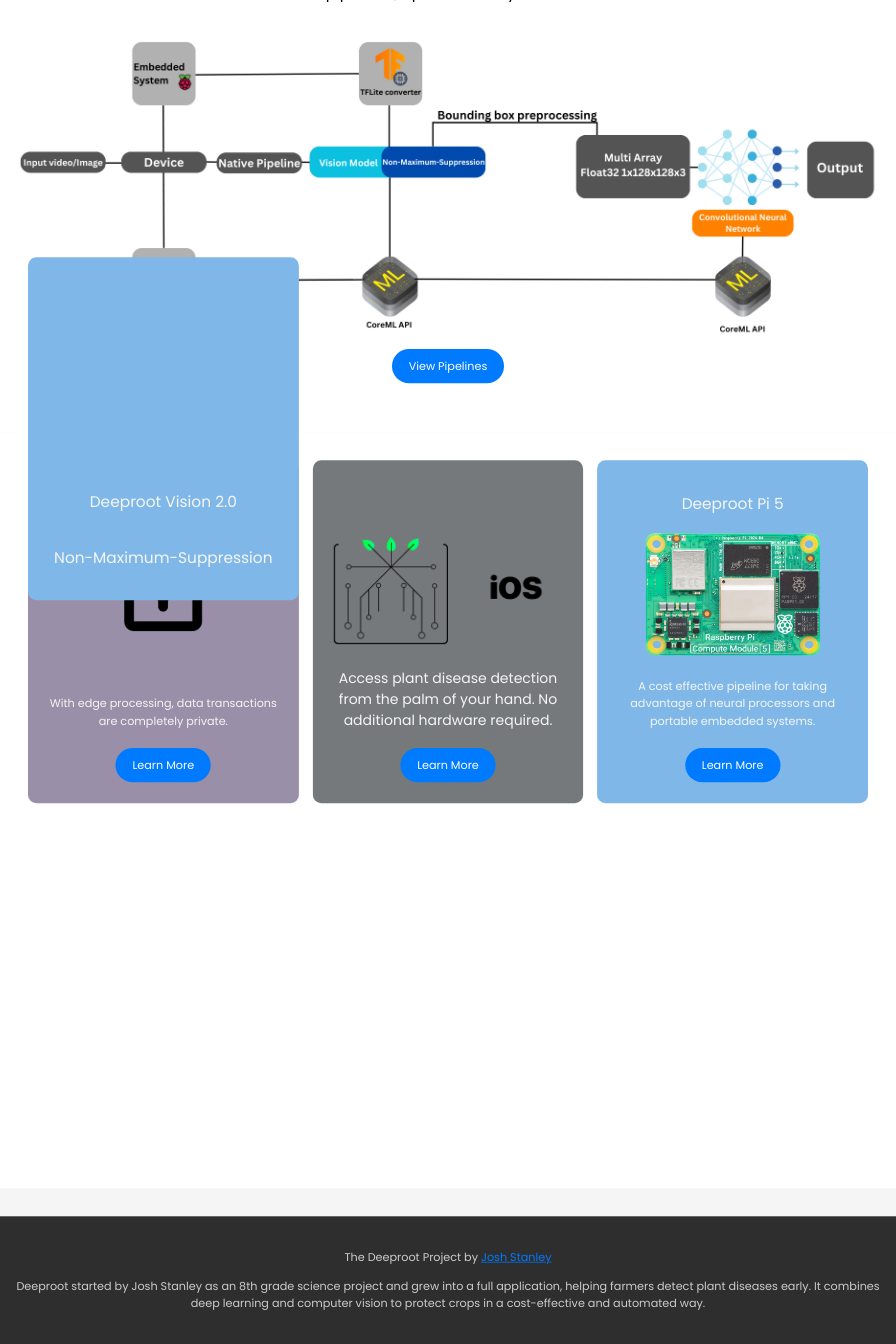
Repository: jss1118/The-Deeproot-Project
Page: Website/index.html
The author's editor kept a copy of each file at every save. The page is drawn from the files as they stood at one save, then again after the next save.
The browser window is 1280 px wide. The pictures show the part of the page from y = 1292 to 3212 px (the page is 3212 px tall), at 70% of full size.

Above is the page before, as saved 2025-03-21 20:18:25.

### Website/index.html
<!DOCTYPE html>
<html lang="en">

<head>
  <meta charset="UTF-8">
  <meta name="viewport" content="width=device-width, initial-scale=1.0">
  <title>Deeproot A.I</title>
  <link href="https://fonts.googleapis.com/css2?family=Poppins:wght@400;600&display=swap" rel="stylesheet">
  <style>
    body {
      margin: 0;
      font-family: 'Poppins', sans-serif;
      overflow-x: hidden;
      background-color: #f5f5f5;
    }

    nav {
      background: rgba(22, 22, 22, 0.9);
      position: sticky;
      top: 0;
      width: 100%;
      z-index: 1000;
      display: flex;
      justify-content: center;
    }

    .navlinks {
      list-style: none;
      display: flex;
      gap: 30px;
      padding: 15px;
      margin: 0;
    }

    .navlink, .navicon svg {
      color: #d3d3d3;
      text-decoration: none;
      transition: color 0.3s;
    }

    .navlink:hover, .mainpagelink a:hover {
      color: white;
    }

    .mainpage2, .mainpage3, .mainpage4 {
      padding: 60px 20px;
      text-align: center;
    }

    .mainpage2 {
      background: linear-gradient(135deg, #2e2e2e, #4f4f4f);
      color: white;
    }

    .mainpage2 img, .mainpage3 img, .promo1 img {
      max-width: 100%;
      height: auto;

    }

    .mp2-title1 {
      font-size: 56px;
      font-weight: 600;
      margin-bottom: 15px;
    }

    .mp2-desc, .mp3desc, .titlefont {
      font-size: 22px;
      margin-bottom: 25px;
    }

    .mainpagelink a {
      display: inline-block;
      margin: 10px;
      padding: 12px 24px;
      background: #007aff;
      color: white;
      border-radius: 25px;
      text-decoration: none;
      transition: background 0.3s;
    }

    .mainpage3 {
      background: white;
    }

    .mainpage3 img {
      margin-top: 20px;
      border-radius: 12px;
    }

    .mainpage4 {
      display: grid;
      grid-template-columns: repeat(auto-fit, minmax(300px, 1fr));
      gap: 20px;
      background-color: white;
      padding: 40px;
    }

    .promo1, .promo2, .promo3, .promo4, .promo5, .promo6 {
      background-size: cover;
      background-position: center;
      height: 450px;
      display: flex;
      flex-direction: column;
      justify-content: flex-end;
      padding: 20px;
      color: white;
      border-radius: 12px;
      position: relative;
    }

    .promo1 img, .promo2 img, .promo3 img, .promo4 img, .promo5 img, .promo6 img {
      margin-bottom: 10px;
    }

    .promo1 {
      background-color: #9a8fa8;
      color: #f5f5f5;
    }
    .promo2 {
      background-color: #75797c;
      color: #f5f5f5;
      background-size: cover;
      background-position: center;
      height: 450px;
      display: flex;
      flex-direction: column;
      justify-content: flex-end;
      padding: 20px;
      border-radius: 12px;
      position: relative;
    }
    .promo2 p {
      font-size: 20px;
      margin-bottom: 15px;
    }

    .promo3 {
      background-color: #7fb8e8;
      color: #f5f5f5;
      background-size: cover;
      background-position: center;
      height: 450px;
      display: flex;
      flex-direction: column;
      justify-content: flex-end;
      padding: 20px;
      border-radius: 12px;
      position: relative;
    }
    .promo4 {
      background-color: #7fb8e8;
      color: #f5f5f5;
      background-size: cover;
      background-position: center;
      height: 450px;
      display: flex;
      flex-direction: column;
      justify-content: flex-end;
      padding: 20px;
      border-radius: 12px;
      position: relative;
      bottom: 800px;
    }
    .promo1 img {
      width: 160px;
      height: auto;
      margin: 0 auto 15px auto;
      display: block;
      background: none;
      position: relative;
      bottom: 60px;
    }

    .promo2 img {
      width: 360px;
      height: 400px;
      margin: 0 auto 15px auto;
      display: block;
      border-radius: 10px;

      position: relative;
      top: 100px;
    }
    .promo3 img {
      width: 250px;
      height: 175px;
      margin: 0 auto 15px auto;
      display: block;
      border-radius: 10px;

      position: relative;

    }

    footer {
      background-color: #2e2e2e;
      color: #ccc;
      text-align: center;
      padding: 30px 20px;
      margin-top: 40px;
    }

    footer a {
      color: #007aff;
      text-decoration: underline;
    }

    @media (max-width: 768px) {
      .mp2-title1 { font-size: 40px; }
      .mp2-desc, .mp3desc { font-size: 18px; }
      .mainpagelink a { padding: 10px 20px; }
    }
  </style>
</head>

<body>
  <nav>
    <ul class="navlinks">
      <li><a class="navlink" href="/">iOS</a></li>
      <li><a class="navlink" href="/applestore">Raspberry Pi 5</a></li>
      <li><a class="navlink" href="/">Native</a></li>
      <li><a class="navlink" href="/">State-of-the-art Models</a></li>
      <li><a class="navlink" href="/">Developers</a></li>
    </ul>
  </nav>

  <section class="mainpage2">
    <h1 class="mp2-title1">Deeproot</h1>
    <p class="mp2-desc">Portable. Fast. Secure.</p>
    <p class="mp2-desc">The all-in-one automated solution for early plant disease detection.</p>
    <div class="mainpagelink"><a href="#">Learn More</a></div>
    <img src="wide logo.png" alt="Deeproot Logo">
  </section>

  <section class="mainpage3">
    <p class="mp3desc">Three pipelines, optimized for your use case.</p>
    <img src="newgraph.png" alt="Machine Learning Pipelines">
    <div class="mainpagelink"><a href="#">View Pipelines</a></div>
  </section>

  <section class="mainpage4">
    <div class="promo1">
      <img src="lock.fill.png" alt="Promo icon">
      <p>With edge processing, data transactions are completely private. </p>
      <div class="mainpagelink"><a href="#">Learn More</a></div>
    </div>
    <div class="promo2">
      <img src="deeprootios.png" alt="ios icon">
      <p>Access plant disease detection from the palm of your hand. No additional hardware required.</p>
      <div class="mainpagelink"><a href="#">Learn More</a></div>
    </div>



    <div class="promo3">
      <p class="titlefont">Deeproot Pi 5</p>
      <img src="piembedded.png" alt="Raspberry pi embedded">
      <p>A cost effective pipeline for taking advantage of neural processors and portable embedded systems.</p>
      <div class="mainpagelink"><a href="#">Learn More</a></div>
    </div>
    <div class="promo4">
      <p class="titlefont">Deeproot Vision 2.0</p>
      <p class="mp3desc">Non-Maximum-Suppression</p>
    </div>
    <div class="promo5"></div>
    <div class="promo6"></div>
  </section>

  <footer>
    <p>The Deeproot Project by <a href="https://github.com/jss1118/Deeproot-AI">Josh Stanley</a></p>
    <p>Deeproot started by Josh Stanley as an 8th grade science project and grew into a full application, helping farmers detect plant diseases early. It combines deep learning and computer vision to protect crops in a cost-effective and automated way.</p>
  </footer>
</body>
</html>

After the next save:
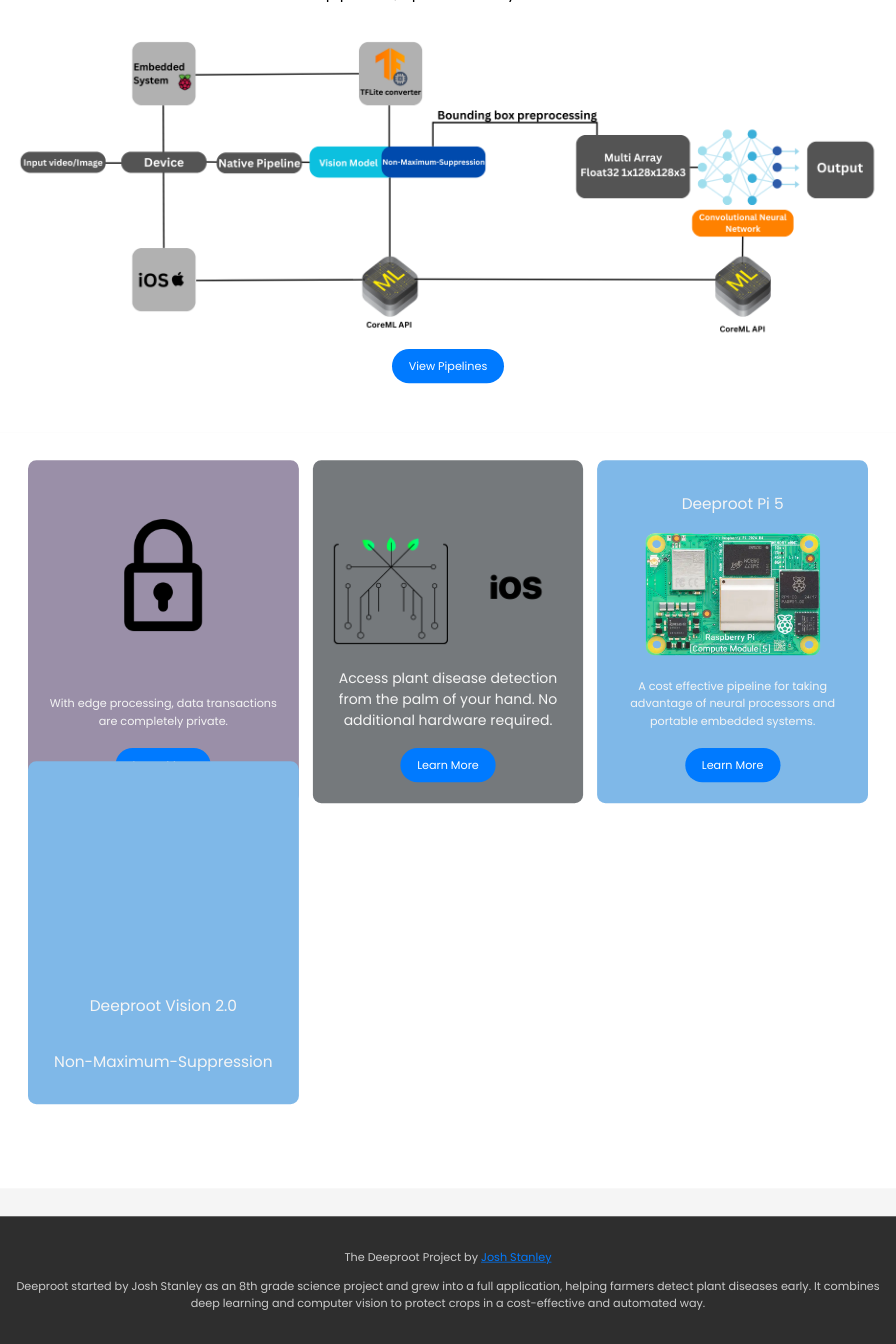
Saved 8 s later.
--- a/Website/index.html
+++ b/Website/index.html
@@ -161,7 +161,7 @@
       padding: 20px;
       border-radius: 12px;
       position: relative;
-      bottom: 800px;
+      bottom: 80px;
     }
     .promo1 img {
       width: 160px;
